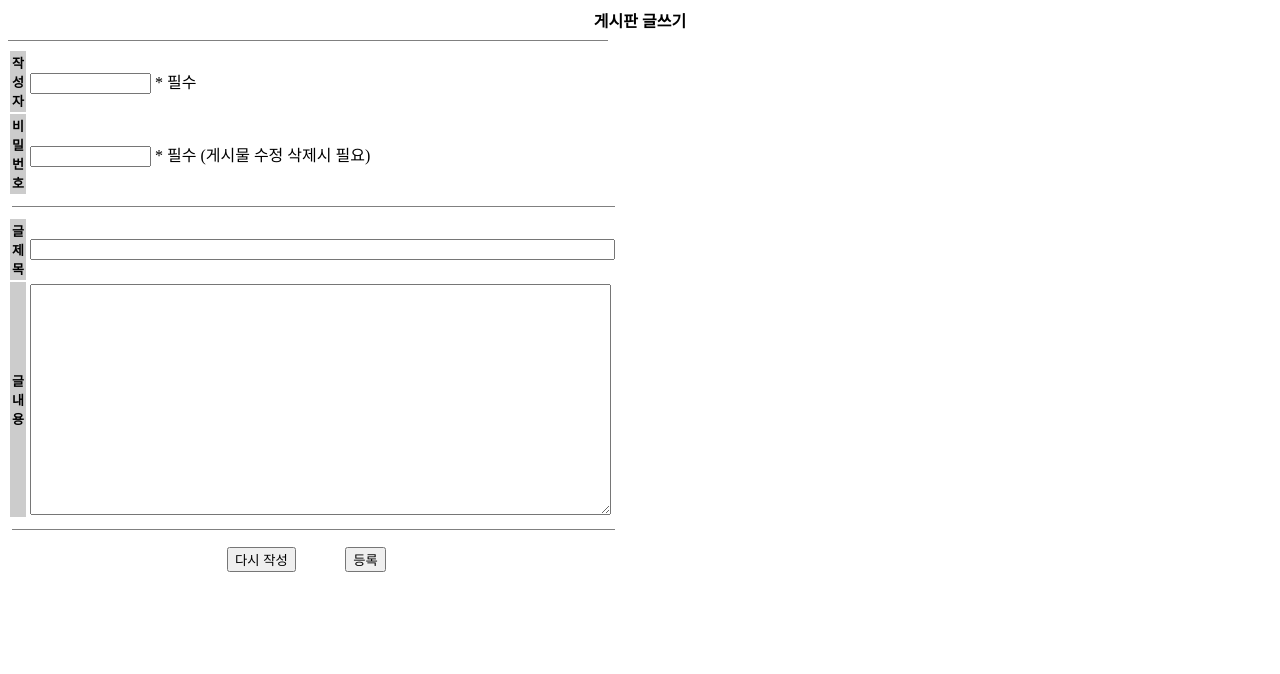
Repository: kalmia26/Capstone
Page: http://localhost/LectureSystem/write2.jsp
An editor plug-in stored every save of this project. The page is shown before and after the next save, followed by the edit.
The browser window is 1280 px wide. The pictures show the whole page.
The page is served by Tomcat 9.

Above is the page before, as saved 2017-05-08 23:10:01.

After the next save:
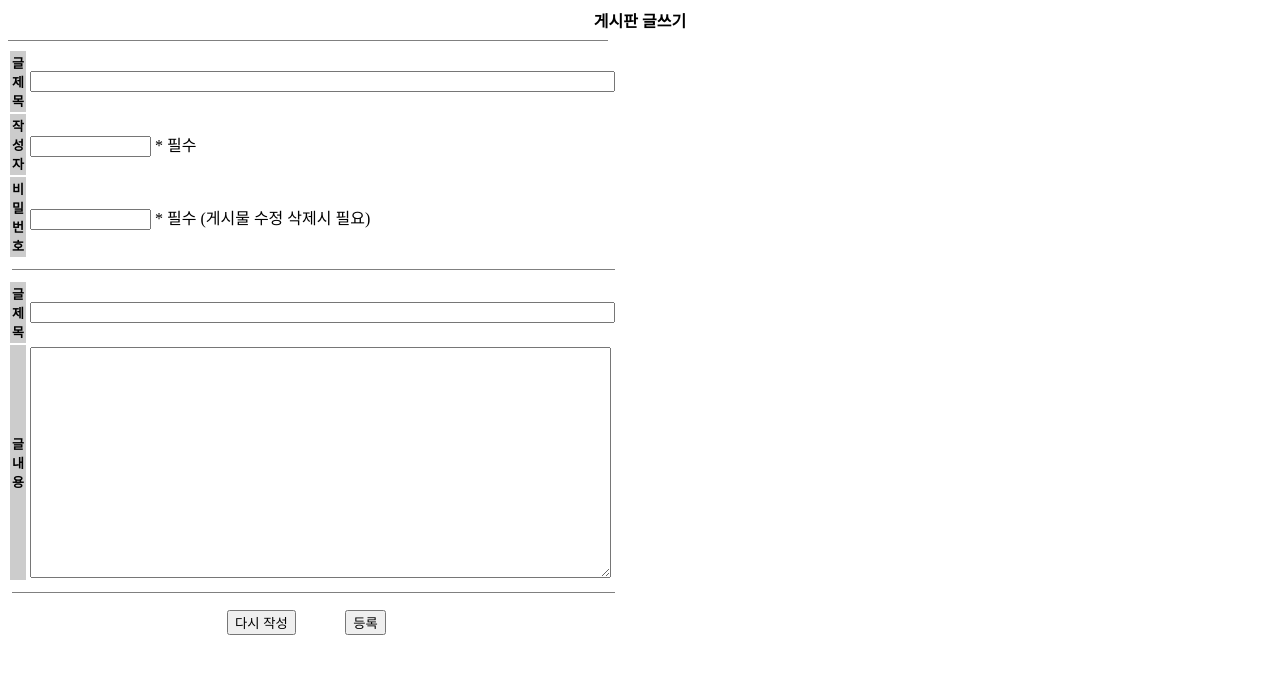
Saved 89 s later.
--- a/LectureSystem/WebContent/write2.jsp
+++ b/LectureSystem/WebContent/write2.jsp
@@ -45,6 +45,15 @@ Write.submit();
 
 <form Name='write1' action="write_input.jsp" Method='post' onsubmit="return Check()">
 	<table border='0' width='600' cellpadding='2' cellspacing='2'>
+		<tr>
+			<td width='100' bgcolor='cccccc'>
+				<font size='2'><center><b>글 제목</b></center></font>
+			</td>
+			<td>
+				<font size='2'><input type='text' size='70' maxlength='50' name='title'></font>
+			</td>
+		</tr>
+
 		<tr>
 			<td width='100' bgcolor='cccccc'>
 				<font size='2'><center><b>작성자</b></center></font>
